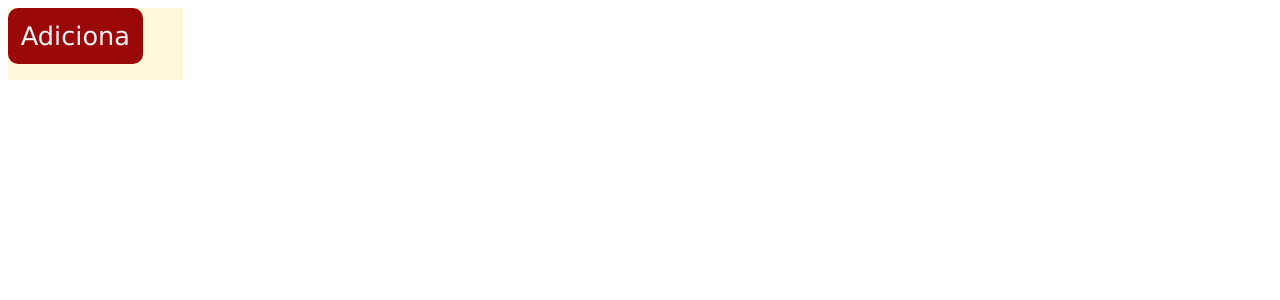
Repository: Orifiel/teste
Page: desafioMod2/desafioJavascript02.html
These files come from the project's save history. The page is drawn as it stood at one moment and after the next save; the edit follows.
The browser window is 1280 px wide. The pictures show the whole page.

Above is the page before, as saved 2020-08-14 16:52:38.

### desafioMod2/desafioJavascript02.html
<!--
1º exercício
Crie um botão que ao ser clicado cria um novo elemento em tela com a forma de um quadrado
vermelho com 100px de altura e largura. Sempre que o botão for clicado um novo quadrado deve
aparecer na tela.
-->
<!DOCTYPE html>
<html lang="pt-br">
<head>
    <meta charset="UTF-8">
    <meta name="viewport" content="width=device-width, initial-scale=1.0">
    <script src="desafioJavascript02.js"></script>
    <title>Document</title>
</head>
<body>
    <style>
        *{
            box-sizing: border-box;
        }

        #container{
            height: 87vh;
            display: flex;
            justify-content: center;
            align-items: center;
            flex-wrap: wrap;
        }
        #button-red-box{
            height: 10vh;
            display: flex;
            justify-content: center;
            align-items: center;
            flex-wrap: wrap;
            background-color: cornsilk;
            position: fixed;
        }

        #button-red-box #button-red {

            font-size: 1.6rem;
            padding: 0.8rem;
            margin-bottom: 1.6rem;
            border: 0;
            outline: none;
            border-radius: 10px;
            background-color: rgb(155, 8, 8);
            color: whitesmoke;
            font-family: verdana;
        }
        #button-red-box #button-red:hover{
            background-color: rgb(226, 53, 53)
        }

        .container-squads {
            width: 100px;
            height: 100px;
            background-color: rgb(255, 0, 0);
            border: 5px solid #5a0511;
            border-radius: 5px;

            margin: 0 auto;
        }

    </style>

        <div id='button-red-box' >
            <button id="button-red" onclick="addSquad()">Adiciona</button>
            <ul id='list-name'>

            </ul>
        </div>

        <div id="container">
            <!-- Aloca as div's criadas pelo javascript-->
        </div>



</body>
</html>

### desafioMod2/desafioJavascript02.js
/*
1º exercício
Crie um botão que ao ser clicado cria um novo elemento em tela com a forma de um quadrado
vermelho com 100px de altura e largura. Sempre que o botão for clicado um novo quadrado deve
aparecer na tela
*/



//função para adicionar um quadrado a tela ao click do botão
function addSquad() {
    //identificado o nó na dom onde ele será inserido
    const caixa = document.querySelector('#container')
    //criando o elemento a ser inserido na dom
    const div = document.createElement('div');
    //adicionando a classe a nova div
    div.classList.add('container-squads')
    //adicionando o evento de passar o mouse sobre a div criada e atribuindo uma função a esse evento
    div.onmouseover =  function colorize() {
        //definindo a da cor da borda, usando a função getRandomColor para gerar a cor aleatoriamente
        div.style.borderColor = getRandomColor()
        //definindo a cor de fundo, usando a função getRandomColor
        const background = div.style.background = getRandomColor()
        console.log(background)


    }
    //anexando a div criada, como filho do nó de id #container
    caixa.appendChild(div)
}
/*
2º exercício
Utilizando o resultado do primeiro desafio, toda vez que o usuário passar o mouse por cima de
algum quadrado troque sua cor para uma cor aleatória gerada pela função abaixo:
 // #E943F0
*/

//função que gera cores aleatorias
function getRandomColor() {
    var letters = "0123456789ABCDEF";
    var color = "#";
    for (var i = 0; i < 6; i++) {
    color += letters[Math.floor(Math.random() * 16)];
    }
    return color;
   }
   var newColor = getRandomColor();


/*
3º exercício
A partir do seguinte vetor:
var nomes = ["Diego", "Gabriel", "Lucas"];
Preencha uma lista (<ul>) no HTML com os itens da seguinte forma:
● Diego
● Gabriel
● Lucas

*/

const nomes = [ "Diego", "Gabriel", "Lucas" ]

After the next save:
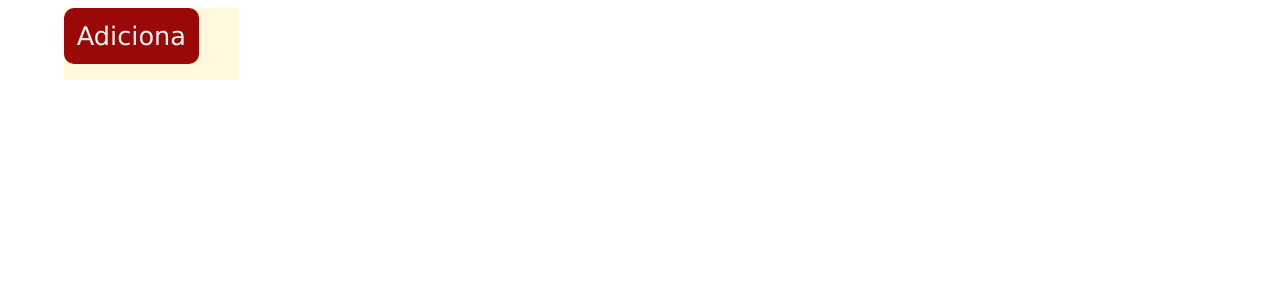
Saved 17 s later.
--- a/desafioMod2/desafioJavascript02.html
+++ b/desafioMod2/desafioJavascript02.html
@@ -33,6 +33,7 @@ aparecer na tela.
             flex-wrap: wrap;
             background-color: cornsilk;
             position: fixed;
+            left: 5vw;
         }
 
         #button-red-box #button-red {
